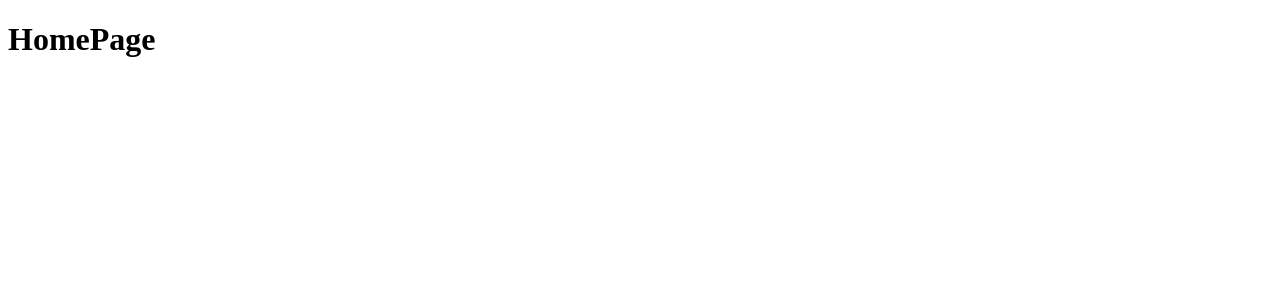
Repository: chirag555/Java_full_stack
Page: http://localhost/BasicMVC/Index.jsp
The author's editor kept a copy of each file at every save. The page is drawn from the files as they stood at one save, then again after the next save.
The browser window is 1280 px wide. The pictures show the whole page.
The page is served by Tomcat 9. Other server files are loaded and not shown.

Above is the page before, as saved 2020-02-13 07:04:50.

### BasicMVC/WebContent/Index.jsp
<%@ page language="java" contentType="text/html; charset=ISO-8859-1"
    pageEncoding="ISO-8859-1"%>
<!DOCTYPE html>
<html>
<head>
<meta charset="ISO-8859-1">
<title>Home Page</title>
</head>
<body>
<h1>HomePage</h1>
</body>
</html>

After the next save:
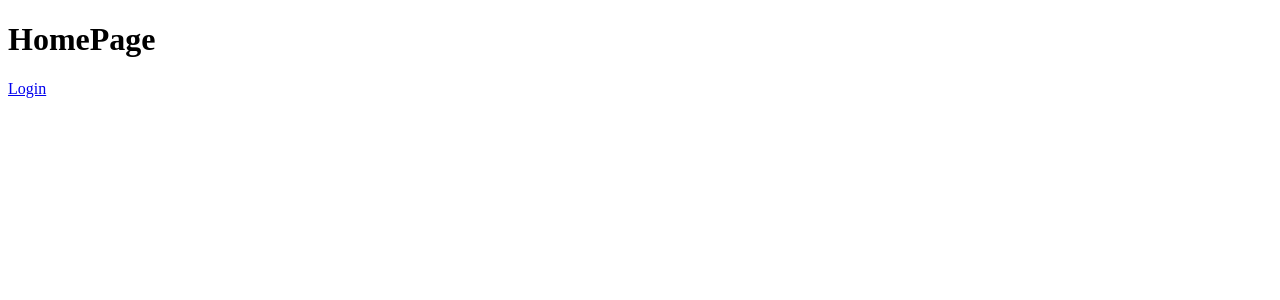
Saved 90 s later.
--- a/BasicMVC/WebContent/Index.jsp
+++ b/BasicMVC/WebContent/Index.jsp
@@ -8,5 +8,6 @@
 </head>
 <body>
 <h1>HomePage</h1>
+<a href="<%=request.getContextPath()%>">Login</a>
 </body>
 </html>
